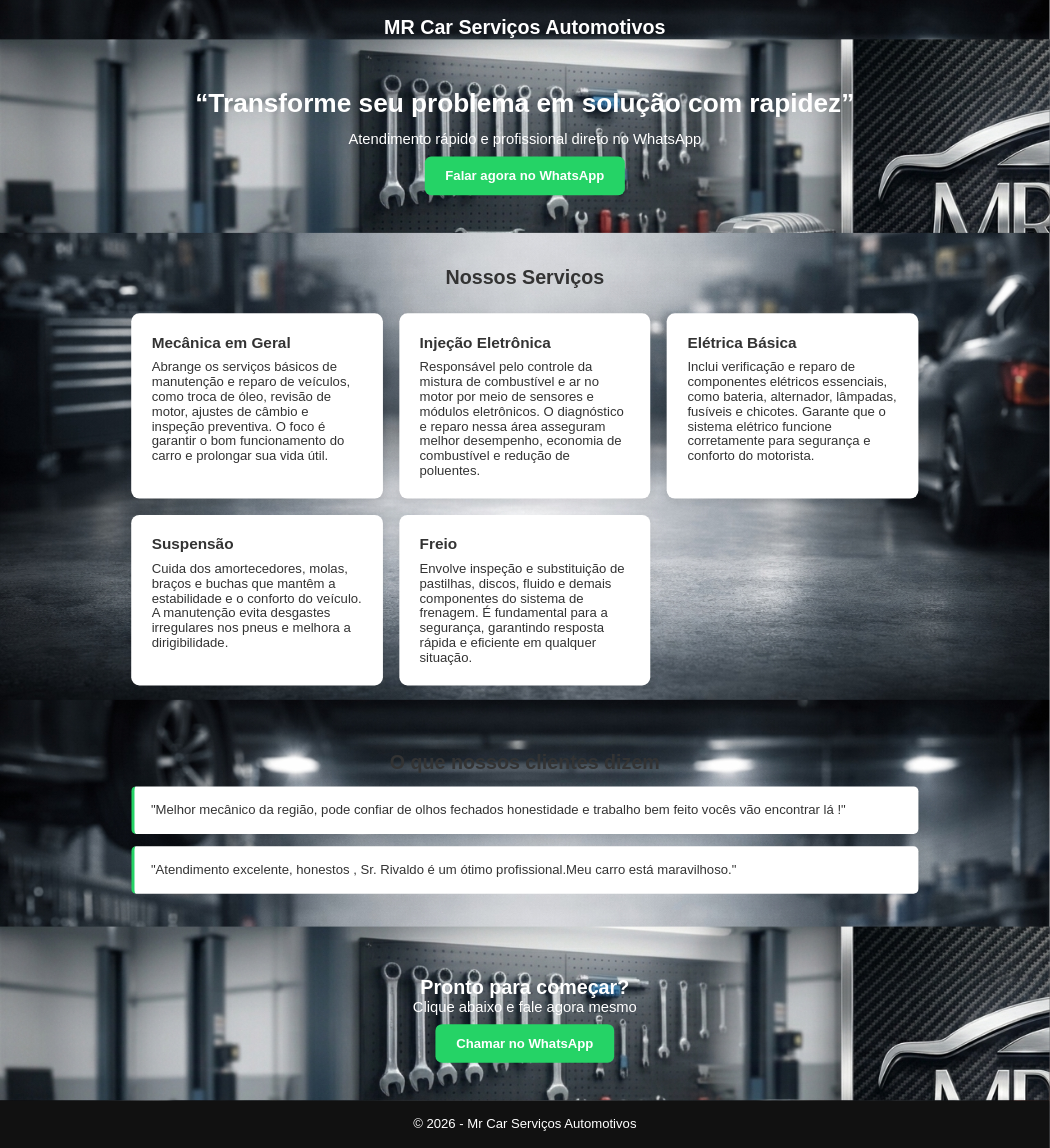
Repository: templaterj1991-Luiz/Main
Page: Template/index.html
An editor plug-in stored every save of this project. The page is shown before and after the next save, followed by the edit.
The browser window is 1280 px wide. The pictures show the whole page, at 82% of full size.
Backgrounds fixed to the window are drawn as part of the page.

Above is the page before, as saved 2026-06-06 13:50:17.

After the next save:
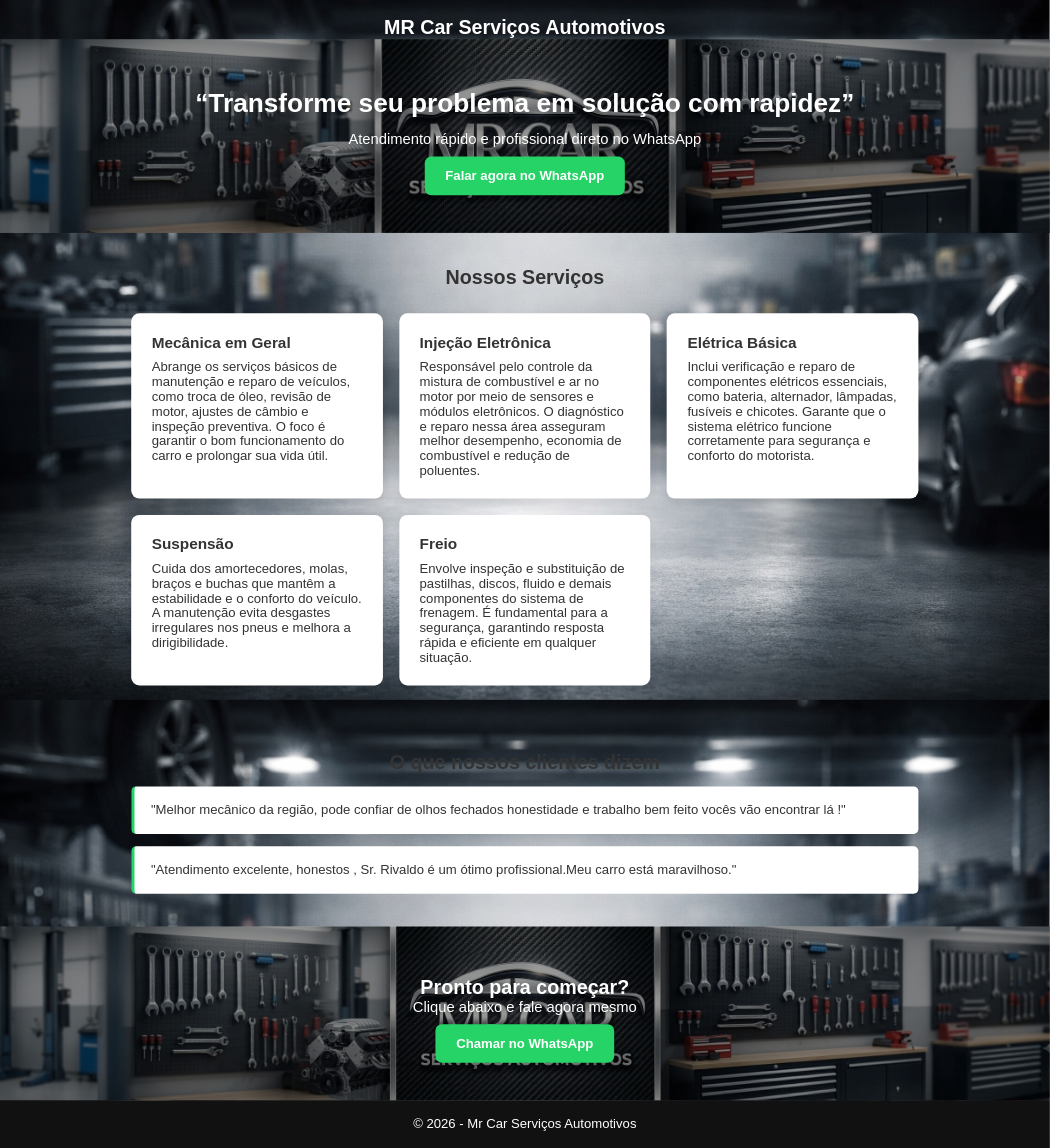
Saved 52 s later.
--- a/Template/index.html
+++ b/Template/index.html
@@ -34,7 +34,12 @@
             padding: 60px 20px;
             text-align: center;
             background-image: url(../Template/assests/Gemini_Generated_Image_hhrxh3hhrxh3hhrx.png);
-            color: white;
+            background-position: center center;
+    background-repeat: no-repeat;
+    background-size: cover;
+
+    color: white;
+    box-shadow: inset 0 0 0 2000px rgba(0, 0, 0, 0.4);
         }
 
         .hero h1 {
